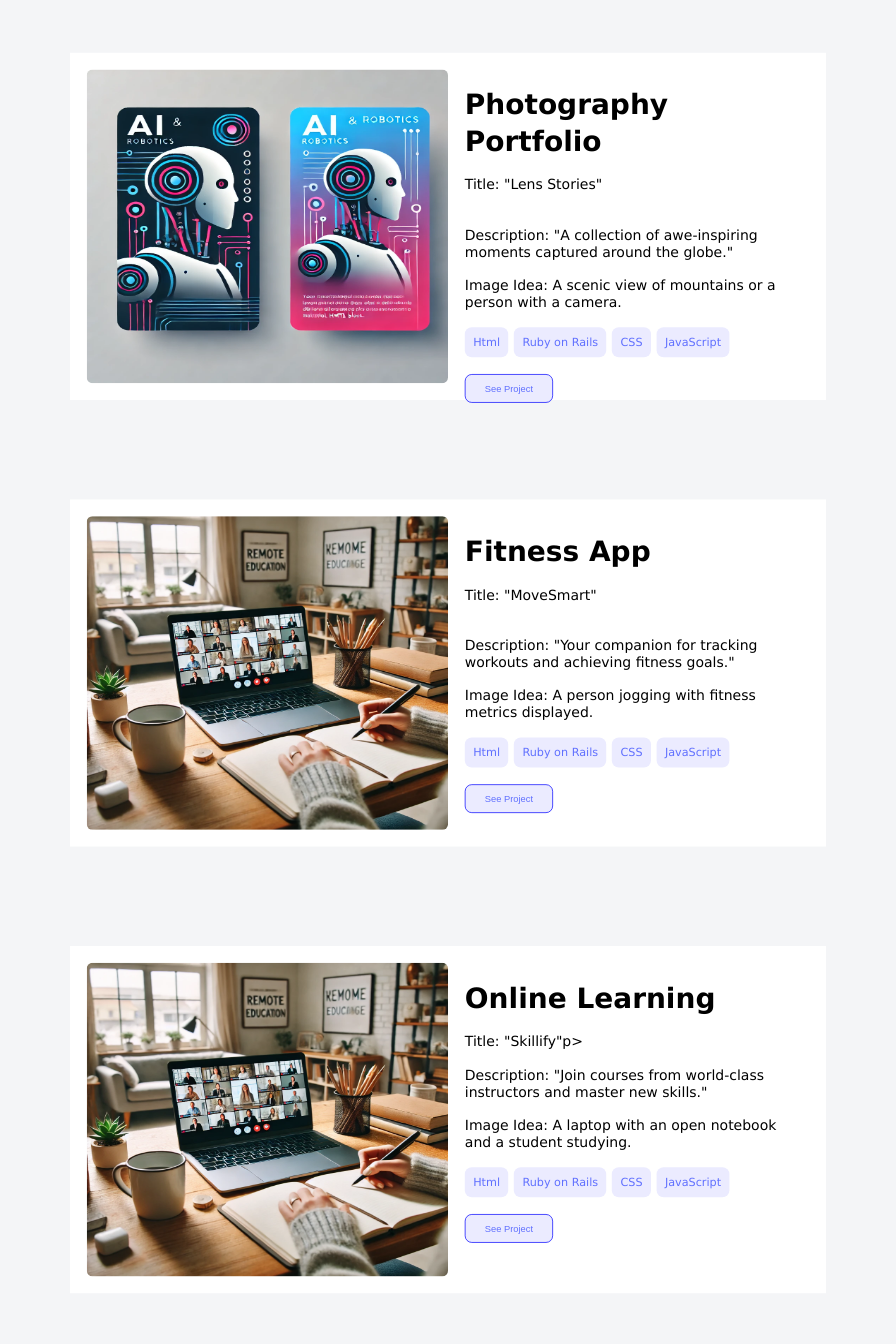
Repository: usman3123/portfolio-template-3
Page: portfolio.html
The author's editor kept a copy of each file at every save. The page is drawn from the files as they stood at one save, then again after the next save.
The browser window is 1280 px wide. The pictures show the part of the page from y = 1509 to 3429 px (the page is 3456 px tall), at 70% of full size.
Some web libraries are served in a nearby version.

Above is the page before, as saved 2025-01-25 13:17:25.

### portfolio.html
<!DOCTYPE html>
<html lang="en">
<head>
  <meta charset="UTF-8">
  <meta name="viewport" content="width=device-width, initial-scale=1.0">
  <title>project 2</title>
  <link rel="stylesheet" href="style.css">
  <link href='https://unpkg.com/boxicons@2.1.4/css/boxicons.min.css' rel='stylesheet'>
  <link rel="stylesheet" href="https://cdnjs.cloudflare.com/ajax/libs/font-awesome/6.6.0/css/all.min.css" integrity="sha512-Kc323vGBEqzTmouAECnVceyQqyqdsSiqLQISBL29aUW4U/M7pSPA/gEUZQqv1cwx4OnYxTxve5UMg5GT6L4JJg==" crossorigin="anonymous" referrerpolicy="no-referrer" />
  <link rel="stylesheet" href="https://cdnjs.cloudflare.com/ajax/libs/font-awesome/6.6.0/css/all.min.css" integrity="sha512-Kc323vGBEqzTmouAECnVceyQqyqdsSiqLQISBL29aUW4U/M7pSPA/gEUZQqv1cwx4OnYxTxve5UMg5GT6L4JJg==" crossorigin="anonymous" referrerpolicy="no-referrer" />

  <link rel="stylesheet" href="https://cdnjs.cloudflare.com/ajax/libs/font-awesome/6.7.2/css/all.min.css">
  <link rel="preconnect" href="https://fonts.googleapis.com">
<link rel="preconnect" href="https://fonts.gstatic.com" crossorigin>
<link href="https://fonts.googleapis.com/css2?family=Poppins:ital,wght@0,100;0,200;0,300;0,400;0,500;0,600;0,700;0,800;0,900;1,100;1,200;1,300;1,400;1,500;1,600;1,700;1,800;1,900&display=swap" rel="stylesheet">
</head>

<body>
<section class="webpage">
  <!-- Navbar -->

 <div class="hero-page">
  <div class="header-div">
    <nav class="nav-bar flex">
        <h4 class="nav-heading">My Logo</h4>
        <div class="nav-links flex">
            <a href="#myportfolio" class="link">Portfolo</a>
            <a href="myabout" class="link">About</a>
            <a href="mycontact" class="link" >Contact</a>
        </div>
        <i class="fa-solid fa-light fa-bars fa-xl " id="nav-icon"></i>
    </nav>
</div>

  <!-- Main Content -->
  <section id="myportfolio" class="hero-section flex">
    <div class="hero-content flex">
        <h1 class="hero-head"> I'm USMAN!
          Glad to see you.
      </h1>
      <p class="hero-p">
         I'm a software developer! I can help you build a product , feature or website Look through  some of my work and experience! If you like what you see and have a project you need coded, don’t hesitate to contact me.
      </p>
     <p class="let-connect"> LET'S CONNECT</p>

      <div class="icons flex">
          <img src="/assets/twitter.png" class="media-icon">
          <img src="assets/Linkedin.png" class="media-icon">
          <img src="assets/M.png" class="media-icon">
          <img src="assets/Github.png" class="media-icon">
          <img src="assets/V.png" class="media-icon">
      </div>
    </div>
  </section>

 </div>
  <!-- Cards Section -->

  <section class="cards flex">
    <div class="card flex">
      <img class="card-img" src="/assets/card-1img.webp" alt="CARD_!_IMG">
      <div class="card-content flex">
        <h2>Technology Blog</h2>
        <p class="content-p">Title: "Innovating the Future"</p>
        <p class="content-p">Description: "Explore groundbreaking advancements in AI and robotics shaping tomorrow."</p>
        <p class="content-p">Image Idea: A futuristic image showing AI robots collaborating with humans.</p>
        <div class="languages flex">
          <p class="lang">Html</p>
          <p class="lang">CSS</p>
          <p class="lang">JavaScript</p>
        </div>
        <button class="content-btn">See Project</button>
      </div>
    </div>
    <div class="card flex">
      <img class="card-img" src="/assets/card-2img.webp" alt="CARD_!_IMG">
      <div class="card-content flex">
        <h2>Photography Portfolio</h2>
        <p class="content-p">Title: "Lens Stories"<p>
        <p class="content-p">Description: "A collection of awe-inspiring moments captured around the globe."</p>
        <p class="content-p">Image Idea: A scenic view of mountains or a person with a camera.
        </p>
        <div class="languages flex">
          <p class="lang">Html</p>
          <p class="lang">Ruby on Rails</p>
          <p class="lang">CSS</p>
          <p class="lang">JavaScript</p>
        </div>
        <button class="content-btn">See Project</button>
      </div>
    </div>
    <div class="card flex">
      <img class="card-img" src="/assets/card-4img.webp" alt="CARD_!_IMG">
      <div class="card-content flex">
        <h2>Fitness App</h2>
        <p class="content-p">Title: "MoveSmart"<p>
        <p class="content-p">Description: "Your companion for tracking workouts and achieving fitness goals."</p>
        <p class="content-p">Image Idea: A person jogging with fitness metrics displayed.</p>
        <div class="languages flex">
          <p class="lang">Html</p>
          <p class="lang">Ruby on Rails</p>
          <p class="lang">CSS</p>
          <p class="lang">JavaScript</p>
        </div>
        <button class="content-btn">See Project</button>
      </div>
    </div>
    <div class="card flex">
      <img class="card-img" src="/assets/card-4img.webp" alt="CARD_!_IMG">
      <div class="card-content flex">
        <h2>Online Learning</h2>
        <p class="content-p">Title: "Skillify"p>
        <p class="content-p">Description: "Join courses from world-class instructors and master new skills."</p>
        <p class="content-p">Image Idea: A laptop with an open notebook and a student studying.</p>
        <div class="languages flex">
          <p class="lang">Html</p>
          <p class="lang">Ruby on Rails</p>
          <p class="lang">CSS</p>
          <p class="lang">JavaScript</p>
        </div>
        <button class="content-btn">See Project</button>
      </div>
    </div>
  </section>


   <!-- ABOUT MYSELF -->

  <!-- <section id="myabout" class="about flex">

    <div class="about-intro flex">
      <h1 style="font-size: 40px;">About Myself</h1>
      <p class="about-paragraph">Hello I'm a software developer! I can help you build a product , feature or website Look through some of my work and experience! If you like what you see and have a project you need coded, don't hesitate to contact me.</p>
        <p class="let-connect">Let's Connect</p>
        <div class="icons flex icon-gap">
          <img src="assets/twitter.png" class="twitter">
          <img src="assets/Linkedin.png" class="inimage">
          <img src="assets/M.png" class="mimage">
          <img src="assets/Github.png" class="tomimage">
          <img src="assets/V.png" class="protocol">
      </div>
      <button class="button rsm-btn"> Get my resume</button>
    </div>

    <div class="about-skills flex">
      <div class="about-all flex">
        <p>Languages</p>
        <i class='bx bx-chevron-down'></i>
      </div>
      <div class="about-lang flex">
        <div class="about-lang-img flex">
          <i class="fa-brands fa-js" style="color: #ff0000;"></i>
          <p>JavaScript</p>
        </div>
        <div class="about-lang-img flex">
          <i class="fa-brands fa-html5" style="color: #FFD43B;"></i>
          <p>Html</p>

        </div>
        <div class="about-lang-img flex">
          <i class="fa-brands fa-css3-alt" style="color: #74C0FC;"></i>
          <p>css</p>
        </div>
      </div>
      <div class="about-all flex">
        <p> Frameworks</p>
        <i class='bx bx-chevron-right'></i>
      </div>
      <div class="about-all flex">
        <p>Skills</p>
        <i class='bx bx-chevron-right'></i>
        </div>
        </div>
        <div class="contact-section flex">
            <h4 class="contact-paragraph">I'm always interested in hearing about new projects, so if you'd like to chat please get in touch.</h4>
            <form action="submit-form" class="contact-form flex">
                <div class="names flex">
                    <input type="text" placeholder="Full name" class="first-name">
                    <input type="text" placeholder="last name" class="last-name">
      </div>
        <div class="contact-section flex">
            <h4 class="contact-paragraph">I'm always interested in hearing about new projects, so if you'd like to chat please get in touch.</h4>
            <form action="submit-form" class="contact-form flex">
                <div class="names flex">
                    <input type="text" placeholder="Full name" class="first-name">
                    <input type="text" placeholder="last name" class="last-name">
    </div>
  </section> -->

  <!-- Contact section -->

  <!-- <section id="mycontact" class="contact-section">
    <h1 class="contact-heading">Contact Me</h1>
    <p class="contact-description">
        If you have an application you are interested in developing, a feature that you need built, or a project that needs coding, I'd love to help with it!
    </p>
    <form class="contact-form">
        <input class="form-input" type="text" placeholder="Your Name">
        <input class="form-input" type="email" placeholder="Your Email">
        <textarea class="form-message" placeholder="Write your message here..."></textarea>
        <button class="form-button">Get in Touch</button>
    </form>

</section>

</main> -->
</section>

<script src="index.js"></script>
</body>
</html>

### style.css
*{
    margin: 0;
    padding: 0;
    box-sizing: border-box;
}

body {
    font-family: Verdana, Geneva, Tahoma, sans-serif;
    background-color: #f4f5f7;
}

.flex {
    display: flex;
}

/* nav-bar */

.header-div {
    background-color: #3c3a39;
    width: 100%;
}

.nav-bar {
    justify-content: space-between;
    color: white;
    max-width: 1204px;
    align-items: center;
    padding: 10px 24px;
}

.nav-heading {
    font-size: 30px;
}

.nav-links {
    gap: 40px;
    align-items: center;
    font-size: 25px;
    display: none;
}
.nav-icon {
    display: flex;
    width: 24px;
}


/* hero-section */

.hero-page {
    background-color: white;
    border-bottom-left-radius: 190px;
    background-image: url(/assets/Header\ bg@2x.png);
    background-size: contain;
    max-height: 846px;
    background-position: center;
    background-repeat: no-repeat;
    max-width: 1440px;
}
.hero-section {
    height: 846px;
    align-items: center;
    justify-content: center;
    padding-left: 20%;
}
.hero-content {
    flex-direction: column;
    gap: 20px;
}
.hero-head {
    font-size: 48px;
    font-weight: 700;
    width: 35%;
}

.hero-p {
    font-size: 25px;
    line-height: 28px;
    color: #344563;

    width: 73%;
}

.let-connect {
    color: #1d32f7;
    font-size: 20px;
    font-weight: 500;
    line-height: 24px;
}

.media-icon {
    height: 35px;
}

.icons {
    gap: 10px;
}

.nav-head {
    max-width: 1440px;
    width: 100%;
}
.enable {
    color: blue;
}
.link {
    color: white;
    text-decoration: none;
}

/* card-section */

.cards {
    flex-direction: column;
    align-items: center;
    gap:142px;
    padding: 100px;
}
.card {
    background-color: white;
    max-width: 1156px;
    max-height: 496px;
    width: 100%;
    padding: 24px;
}
.card-img {
    max-width: 544px;
    width: 50%;
    border-radius:8px ;
}

.card-content {
    padding: 24px;
    flex-direction: column;
    gap: 24px;
}

.card-content > h2 {
    font-size: 40px;
    font-weight: 700;
    line-height: 52px;
}
.content-p {
    font-size: 20px;
    font-weight: 400;
    line-height: 24px;
}

.languages {
    gap: 8px;
}

.lang {
    padding: 4px 12px;
    color: #6070ff;
    background-color: #ebebff;
    border-radius: 10px;
    padding: 12px;
}

.content-btn {
    max-width: 126px;
    width: 100%;
    padding: 4px 12px;
    color: #6070ff;
    background-color: #ebebff;
    border-radius: 10px;
    padding: 12px;
    border: 1px solid blue;
}

@media (max-width : 1100px) {
    .hero-head {
        width: 53%;
    }
}
@media (max-width : 500px) {
    .hero-head {
        width: 100%;
    }
    .hero-section {
        padding: 24px;
    }
    .hero-p {
        width: 100%;
    }
}
@media (min-width : 700px) {
    .nav-links {
        display: flex;
    }
    #nav-icon {
        display: none;
    }
}

Loaded but not shown: index.js (no copy from this time; the picture is the same without it)

After the next save:
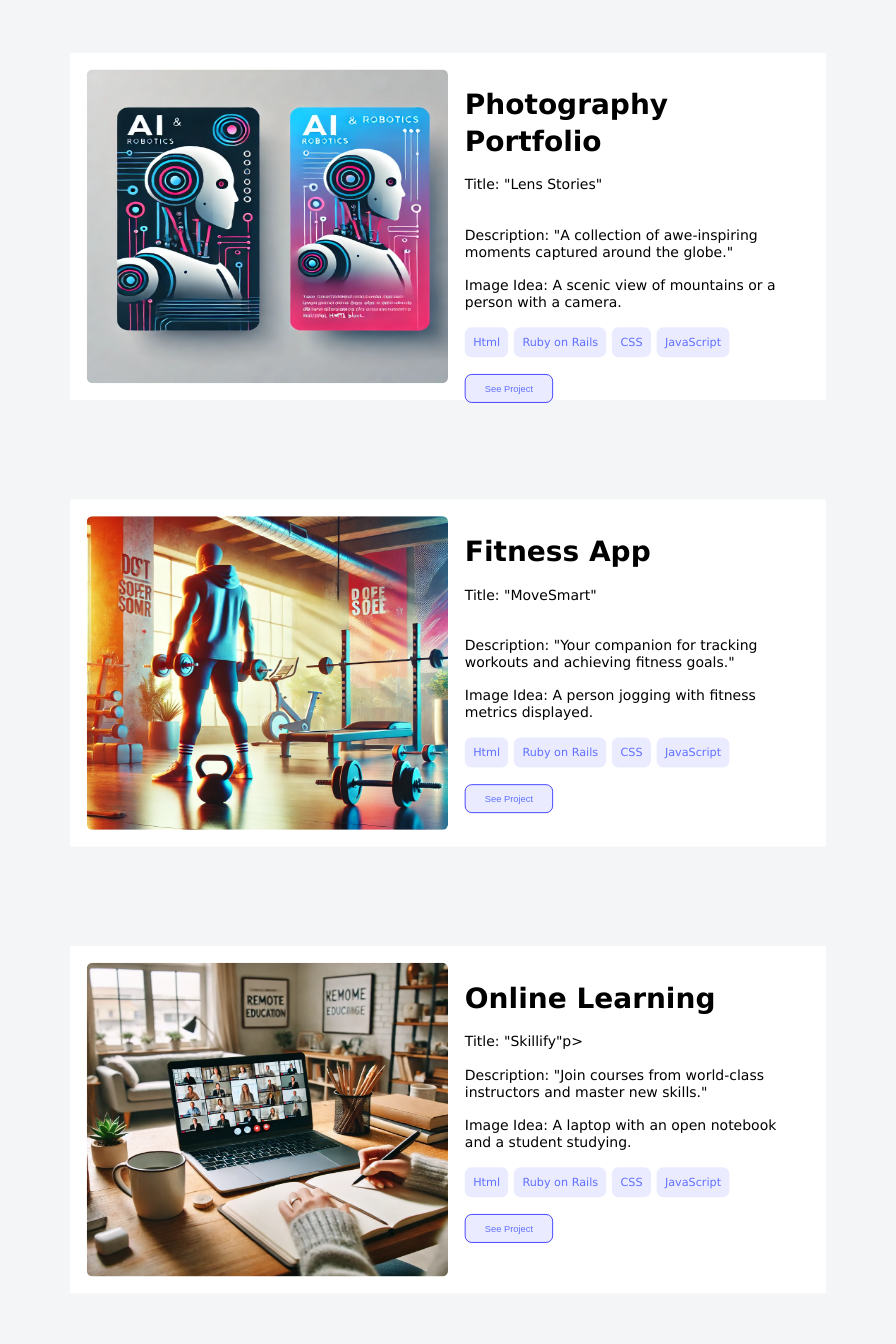
Saved 13 s later.
--- a/portfolio.html
+++ b/portfolio.html
@@ -90,7 +90,7 @@
       </div>
     </div>
     <div class="card flex">
-      <img class="card-img" src="/assets/card-4img.webp" alt="CARD_!_IMG">
+      <img class="card-img" src="/assets/card-3img.webp" alt="CARD_!_IMG">
       <div class="card-content flex">
         <h2>Fitness App</h2>
         <p class="content-p">Title: "MoveSmart"<p>
